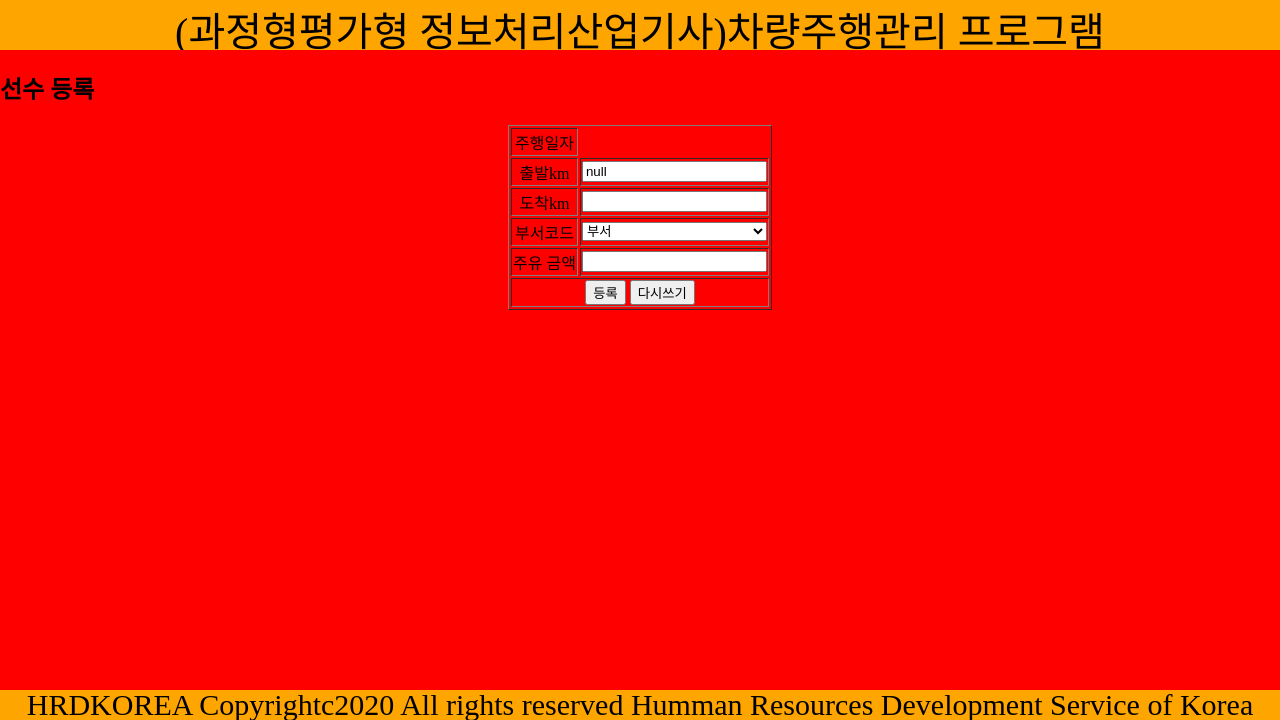
Repository: jeajune0221/information
Page: http://localhost/HRD_2411/join.jsp
An editor plug-in stored every save of this project. The page is shown before and after the next save, followed by the edit.
The browser window is 1280 px wide. The pictures show the whole page.
The page is served by Tomcat 9. Queries for data that is not in the repository find no rows.

Above is the page before, as saved 2026-04-13 08:31:14.

After the next save:
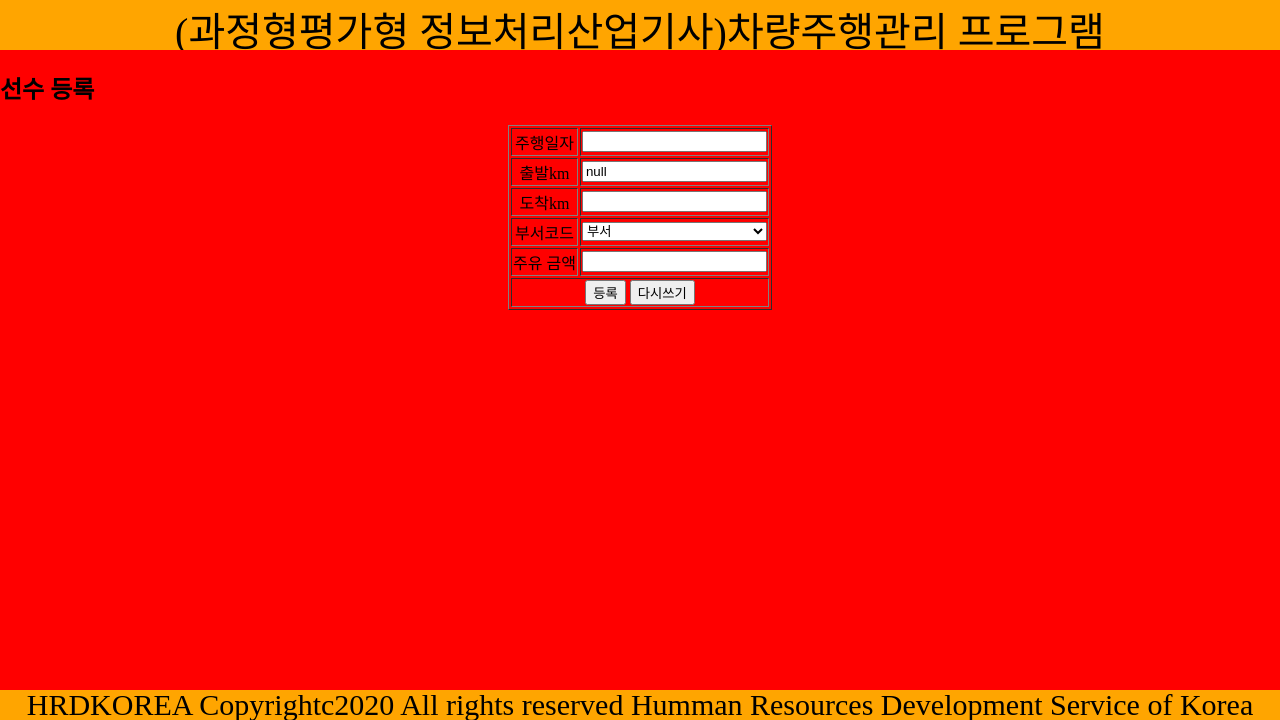
Saved 34 s later.
--- a/HRD_2411/src/main/webapp/join.jsp
+++ b/HRD_2411/src/main/webapp/join.jsp
@@ -35,6 +35,7 @@
 	<td>
 	주행일자
 	</td>
+	<td><input type = "text" name = "" ></td>
 </tr>
 <tr>
 <td>출발km</td>
